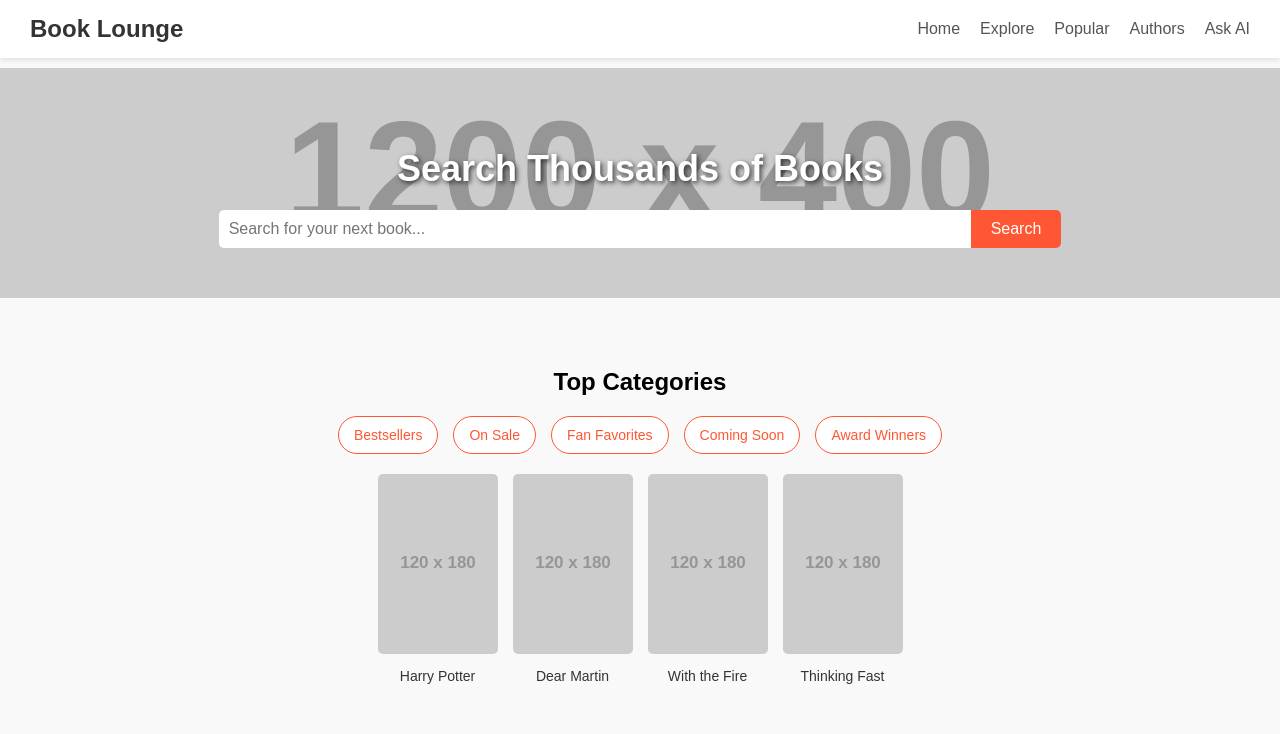
Repository: moehaymanmyint/Book-Longue-Web-System
Page: pages/home.html
The author's editor kept a copy of each file at every save. The page is drawn from the files as they stood at one save, then again after the next save.
The browser window is 1280 px wide. The pictures show the whole page.

Above is the page before, as saved 2024-12-31 15:03:29.

### pages/home.html
<!DOCTYPE html>
<html lang="en">
<head>
    <meta charset="UTF-8">
    <meta name="viewport" content="width=device-width, initial-scale=1.0">
    <title>Book Lounge - Home</title>
    <style>
        body {
            font-family: Arial, sans-serif;
            margin: 0;
            padding: 0;
            background-color: #f9f9f9;
        }

        header {
            display: flex;
            justify-content: space-between;
            align-items: center;
            padding: 15px 30px;
            background-color: #fff;
            box-shadow: 0 2px 5px rgba(0, 0, 0, 0.1);
        }

        .logo {
            font-size: 24px;
            font-weight: bold;
            color: #333;
        }

        nav {
            display: flex;
            gap: 20px;
        }

        nav a {
            text-decoration: none;
            color: #555;
            font-size: 16px;
            font-weight: 500;
        }

        nav a:hover {
            color: #ff5733;
        }

        .search-section {
            text-align: center;
            padding: 50px 30px;
            background-image: url('https://via.placeholder.com/1200x400'); /* Replace with your hero image URL */
            background-size: cover;
            background-position: center;
            color: #fff;
            margin-top: 10px;
        }

        .search-section h1 {
            font-size: 36px;
            margin-bottom: 10px;
            text-shadow: 2px 2px 5px rgba(0, 0, 0, 0.7);
        }

        .search-bar {
            display: flex;
            justify-content: center;
            margin-top: 20px;
        }

        .search-bar input {
            width: 60%;
            padding: 10px;
            font-size: 16px;
            border: none;
            border-radius: 5px 0 0 5px;
            outline: none;
        }

        .search-bar button {
            padding: 10px 20px;
            border: none;
            background-color: #ff5733;
            color: #fff;
            font-size: 16px;
            cursor: pointer;
            border-radius: 0 5px 5px 0;
        }

        .search-bar button:hover {
            background-color: #e14d2a;
        }

        /* Top Categories */
        .categories {
            margin: 30px auto;
            text-align: center;
            padding: 20px;
        }

        .categories h2 {
            font-size: 24px;
            margin-bottom: 20px;
        }

        .categories .category-buttons {
            display: flex;
            justify-content: center;
            flex-wrap: wrap;
            gap: 15px;
        }

        .categories button {
            padding: 10px 15px;
            font-size: 14px;
            border: 1px solid #ff5733;
            background-color: #fff;
            color: #ff5733;
            cursor: pointer;
            border-radius: 20px;
        }

        .categories button:hover {
            background-color: #ff5733;
            color: #fff;
        }

        .books {
            display: flex;
            justify-content: center;
            gap: 15px;
            margin-top: 20px;
        }

        .book {
            width: 120px;
            text-align: center;
        }

        .book img {
            width: 100%;
            border-radius: 5px;
        }

        .book-title {
            font-size: 14px;
            margin-top: 10px;
            color: #333;
        }
    </style>
</head>
<body>
    <header>
        <div class="logo">Book Lounge</div>
        <nav>
            <a href="#">Home</a>
            <a href="#">Explore</a>
            <a href="#">Popular</a>
            <a href="#">Authors</a>
            <a href="#">Ask AI</a>
        </nav>
    </header>

    <section class="search-section">
        <h1>Search Thousands of Books</h1>
        <div class="search-bar">
            <input type="text" placeholder="Search for your next book...">
            <button>Search</button>
        </div>
    </section>

    <section class="categories">
        <h2>Top Categories</h2>
        <div class="category-buttons">
            <button>Bestsellers</button>
            <button>On Sale</button>
            <button>Fan Favorites</button>
            <button>Coming Soon</button>
            <button>Award Winners</button>
        </div>
        <div class="books">
            <div class="book">
                <img src="https://via.placeholder.com/120x180" alt="Book">
                <div class="book-title">Harry Potter</div>
            </div>
            <div class="book">
                <img src="https://via.placeholder.com/120x180" alt="Book">
                <div class="book-title">Dear Martin</div>
            </div>
            <div class="book">
                <img src="https://via.placeholder.com/120x180" alt="Book">
                <div class="book-title">With the Fire</div>
            </div>
            <div class="book">
                <img src="https://via.placeholder.com/120x180" alt="Book">
                <div class="book-title">Thinking Fast</div>
            </div>
        </div>
    </section>
</body>
</html>

After the next save:
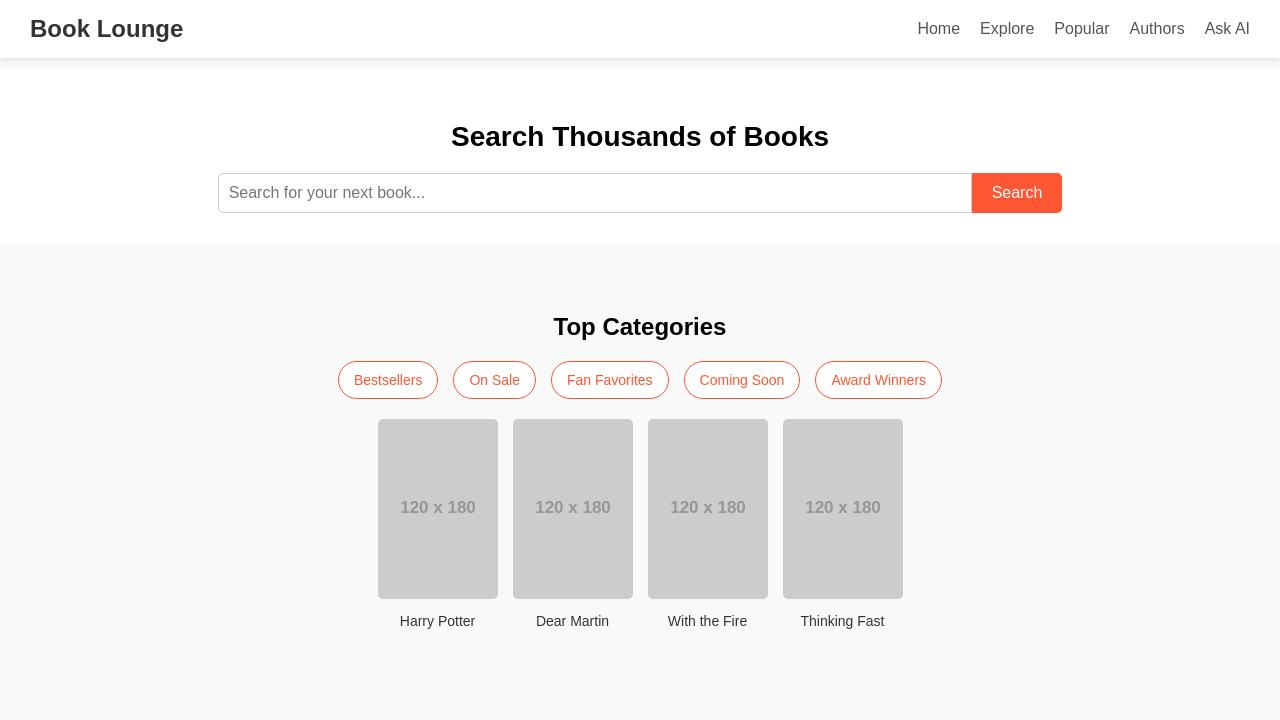
Saved 13 s later.
--- a/pages/home.html
+++ b/pages/home.html
@@ -45,18 +45,14 @@
 
         .search-section {
             text-align: center;
-            padding: 50px 30px;
-            background-image: url('https://via.placeholder.com/1200x400'); /* Replace with your hero image URL */
-            background-size: cover;
-            background-position: center;
-            color: #fff;
+            padding: 30px;
+            background-color: #fff;
             margin-top: 10px;
         }
 
         .search-section h1 {
-            font-size: 36px;
+            font-size: 28px;
             margin-bottom: 10px;
-            text-shadow: 2px 2px 5px rgba(0, 0, 0, 0.7);
         }
 
         .search-bar {
@@ -69,7 +65,7 @@
             width: 60%;
             padding: 10px;
             font-size: 16px;
-            border: none;
+            border: 1px solid #ccc;
             border-radius: 5px 0 0 5px;
             outline: none;
         }
